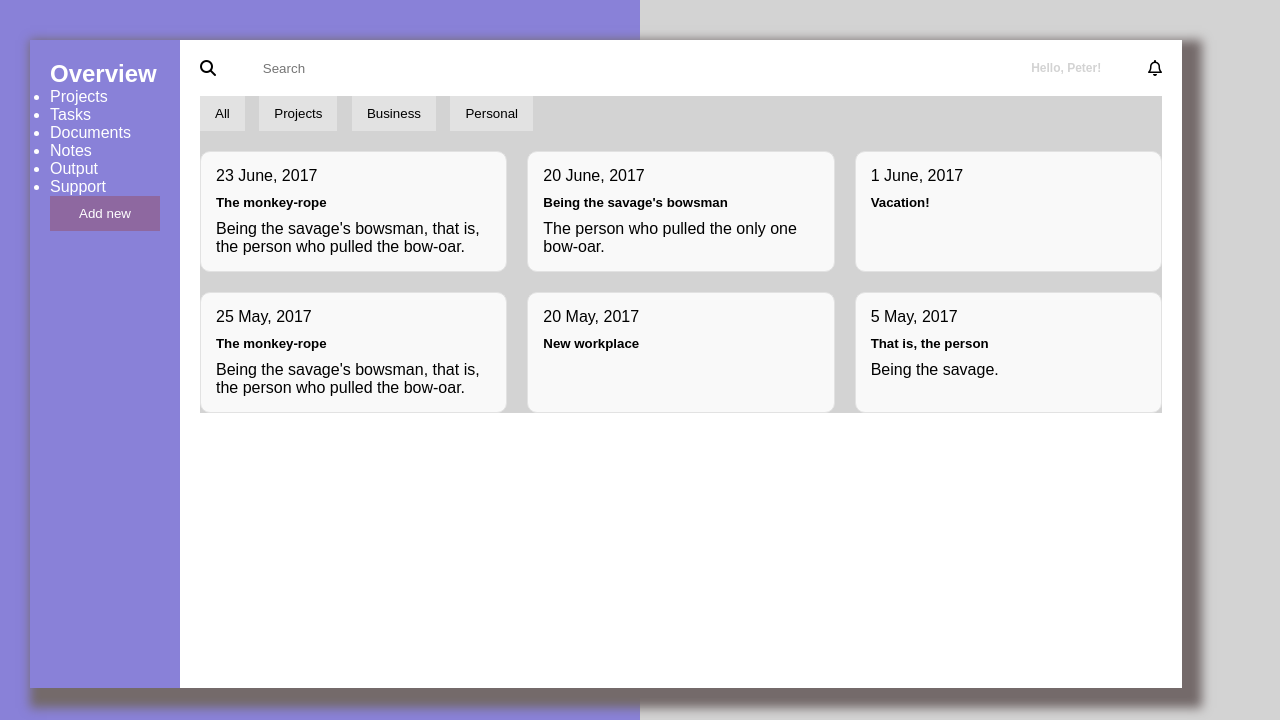
Repository: SatenikGabrielyan/HTML_CSS-_Assignment
Page: index.html
These files come from the project's save history. The page is drawn as it stood at one moment and after the next save; the edit follows.
The browser window is 1280 px wide. The pictures show the whole page.
Some web libraries are served in a nearby version.

Above is the page before, as saved 2025-03-17 21:00:38.

### index.html
<!DOCTYPE html>
<html lang="en">
  <head>
    <meta charset="UTF-8" />
    <meta name="viewport" content="width=device-width, initial-scale=1.0" />
    <title>Notes App</title>
    <link rel="stylesheet" href="./style.css" />
    <script src="https://kit.fontawesome.com/858d305f19.js" crossorigin="anonymous"></script>
</head>
  <body>
      <div class="cont">
          <div class="purp"></div>
          <div class="whit"></div>
      </div>
    <div class="container">
      <aside class="sidebar">
        <header>
            <h2>Overview</h2>
        </header>
        <nav>
            <ul>
                <li>Projects</li>
                <li>Tasks</li>
                <li>Documents</li>
                <li>Notes</li>
                <li>Output</li>
                <li>Support</li>
            </ul>
        </nav>
        <button class="add-new">Add new</button>
    </aside>

    <main class="main-content">
       <div class="header">
            <i class="fas fa-search"></i>  <input type="text" placeholder="Search">
            <h3>Hello, Peter!</h3> <i class="fa-regular fa-bell"></i>
    </div>
    <div class="proj">
        <div class="tabs">
            <button>All</button>
            <button>Projects</button>
            <button>Business</button>
            <button>Personal</button>
        </div>
        <div></div>
        <div class="notes-grid">
            <div class="note-card">
                <h4>23 June, 2017</h4>
                <h5>The monkey-rope</h5>
                <p>Being the savage's bowsman, that is, the person who pulled the bow-oar.</p>
            </div>
            <div class="note-card">
                <h4>20 June, 2017</h4>
                <h5>Being the savage's bowsman</h5>
                <p>The person who pulled the only one bow-oar.</p>
            </div>
            <div class="note-card">
                <h4>1 June, 2017</h4>
                <h5>Vacation!</h5>
            </div>
            <div class="note-card">
                <h4>25 May, 2017</h4>
                <h5>The monkey-rope</h5>
                <p>Being the savage's bowsman, that is, the person who pulled the bow-oar.</p>
            </div>
            <div class="note-card">
                <h4>20 May, 2017</h4>
                <h5>New workplace</h5>
            </div>
            <div class="note-card">
                <h4>5 May, 2017</h4>
                <h5>That is, the person</h5>
                <p>Being the savage.</p>
            </div>
        </div>
    </div>
    </main>
    </div>

  </body>
</html>

### style.css
/* CSS Variables for Colors */
:root {
    --bg-color: #fbfbfb;
    --primary-color: #8981d8;
    --secondary-color: #d0d0d0;
    --text-color: #858499;
    --highlight-color: #7f77cc;
    --hover-color: rgba(137, 129, 216, 0.5);
  }


  * {
    margin: 0;
    padding: 0;
    box-sizing: border-box;
  }

  body {
    font-family: Arial, sans-serif;
    background-color: var(--bg-color);
    display: flex;
    height: 100vh;
  }
  .wrapper{
    position: relative;
  }
  .cont{
      display: flex;
      width: 100%;
      position: relative;
      z-index: -1;
      border-radius: 10px;
  }
.purp {
    width: 50%;
    background-color: var(--primary-color);
    flex-direction: row;
}
.whit {
    width: 50%;
    background-color: lightgray;
    flex-direction: row;
}
  .container {
    display: flex;
    width: 90%;
    height: 90%;

    box-shadow: 10px 10px 10px 10px rgb(116, 106, 106);
    margin-left: 30px;
    margin-right: 30px;
    margin-top: 40px;
    margin-bottom: 80px;
    background: center;
    position: absolute;
    z-index: 2;
  }

   .sidebar {
    width: 150px;
    background-color: var(--primary-color);
    color: #fff;
    display: flex;
    flex-direction: column;
    padding: 20px;
  }

  .main-content li {
    float: left;
  }

  .main-content li a {
    display: block;
    color: white;
    text-align: center;
    padding: 14px 16px;
    text-decoration: none;
  }

  .main-content li a:hover:not(.active) {
    background-color: #111;
  }

  .sidebar-header h2 {
    margin-bottom: 20px;
  }

  .sidebar-list {
    list-style: none;
  }

  .sidebar-list li {
    margin: 15px 0;
    display: flex;
    align-items: center;
    cursor: pointer;
  }

  .sidebar-list li i {
    margin-right: 10px;
  }

  .main-content {
    background-color: white;
    width: 200px;
    flex-grow: 1;
    padding: 20px;
    overflow-y: auto;
  }

   /* header {
    display: flex;
    justify-content: space-between;
    align-items: center;
    margin-bottom: 20px;
  } */

  /*
  .header-left p {
    font-size: 1.2em;
    color: var(--text-color);
  }

  .header-right {
    display: flex;
    align-items: center;
  }

  .header-right i {
    margin-right: 20px;
    cursor: pointer;
  }

  .add-note-btn {
    background-color: var(--primary-color);
    color: #fff;
    border: none;
    padding: 10px 20px;
    cursor: pointer;
    display: flex;
    align-items: center;
  }

  .add-note-btn i {
    margin-right: 10px;
  }


  .notes-grid {
    display: grid;
    grid-template-columns: repeat(auto-fill, minmax(300px, 1fr));
    gap: 20px;
  }

  .note-item {
    background-color: #fff;
    border-radius: 8px;
    box-shadow: 0 2px 4px rgba(0, 0, 0, 0.1);
    overflow: hidden;
    display: flex;
    flex-direction: column;
    padding: 20px;
  }

  .note-item img {
    width: 100%;
    height: auto;
    border-radius: 8px;
    margin-bottom: 15px;
  }

  .note-item p {
    color: var(--text-color);
    font-size: 1em;
    line-height: 1.5;
  }


  .sidebar-list li:hover {
    background-color: var(--highlight-color);
    transition: background-color 0.3s ease;
  }


  @media (max-width: 768px) {
    .container {
      flex-direction: column;
    }

    .sidebar {
      width: 100%;
      flex-direction: row;
      justify-content: space-around;
      padding: 10px;
    }

    .sidebar-list {
      display: flex;
      flex-direction: row;
      gap: 15px;
    }

    .sidebar-list li {
      margin: 0;
    }

    .main-content {
      padding: 10px;
    }

    header {
      flex-direction: column;
      align-items: flex-start;
    }

    .header-right {
      margin-top: 10px;
    }

    .notes-grid {
      grid-template-columns: 1fr;
    }

    .note-item {
      padding: 10px;
    }

    .note-item img {
      margin-bottom: 10px;
    }
  } */
  /* .sidebar {
    background-color: #5e4b9a;
    color: white;
    width: 300px;
    padding: 20px;
} */

/* .sidebar header {
    font-size: 24px;
}

.sidebar nav ul {
    list-style: none;
    padding: 0;
}

.sidebar nav ul li {
    margin: 15px 0;
} */

.add-new {
    background-color: #8e68a0;
    color: white;
    border: none;
    padding: 10px;
    cursor: pointer;
}

.main-content {
    flex: 1;
    padding: 20px;
    background-color: white;
}

.header {
    display: flex;
    justify-content: space-between;
    align-items: center;
    background-color: white;
    box-shadow: lightgrey;
}

.header input {
    border: none;
    margin: 0;
    width: 75%;
}

.header h3 {
    margin: 0;
    font-size: 12px;
    color: lightgrey;
}

.tabs {

    margin: 20px 0;
}
.proj {
    background-color: lightgrey;
}
.tabs button {
    margin-right: 10px;
    padding: 10px 15px;
    border: none;
    background-color: #e2e2e2;
    cursor: pointer;
}

.notes-grid {
    display: grid;
    grid-template-columns: repeat(auto-fill, minmax(240px, 1fr));
    gap: 20px;
}

.note-card {
    border: 1px solid #e2e2e2;
    border-radius: 10px;
    padding: 15px;
    background-color: #f9f9f9;
}

.note-card h4 {
    margin: 0;
    font-weight: normal;
}

.note-card h5 {
    margin: 10px 0;
}

After the next save:
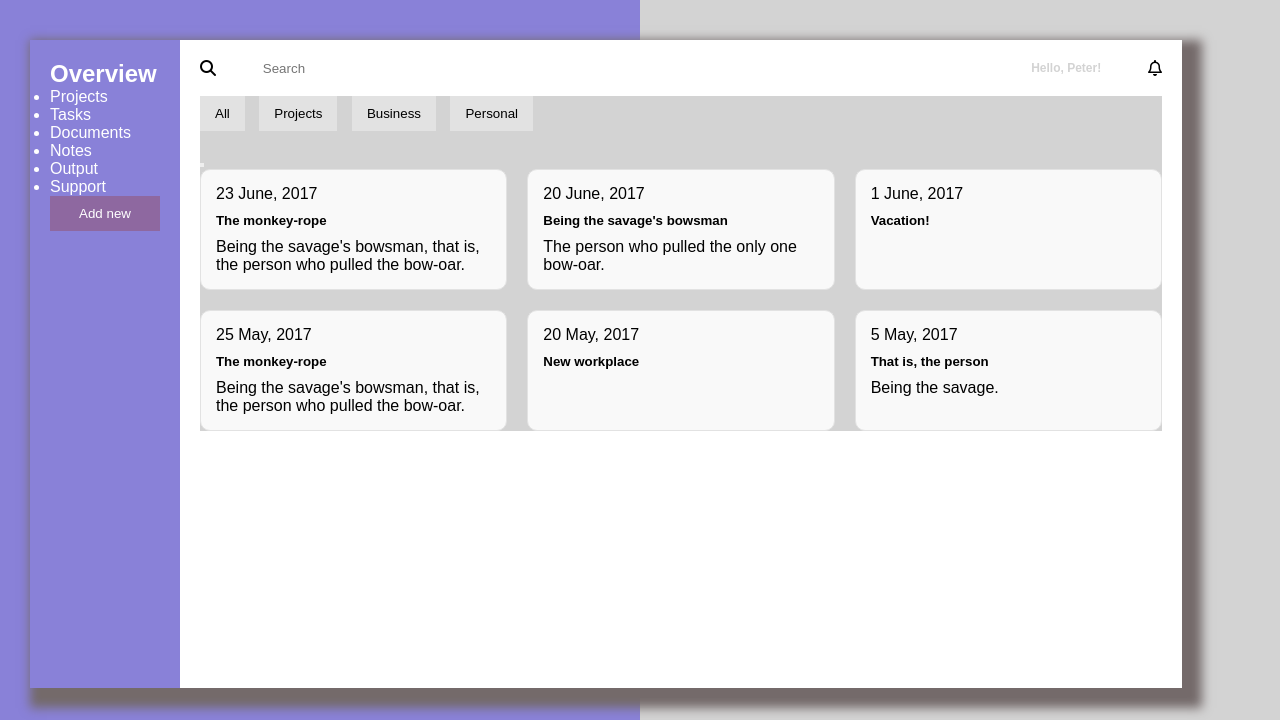
Saved 7 s later.
--- a/index.html
+++ b/index.html
@@ -42,7 +42,9 @@
             <button>Business</button>
             <button>Personal</button>
         </div>
-        <div></div>
+        <div>
+            <button></button>
+        </div>
         <div class="notes-grid">
             <div class="note-card">
                 <h4>23 June, 2017</h4>
